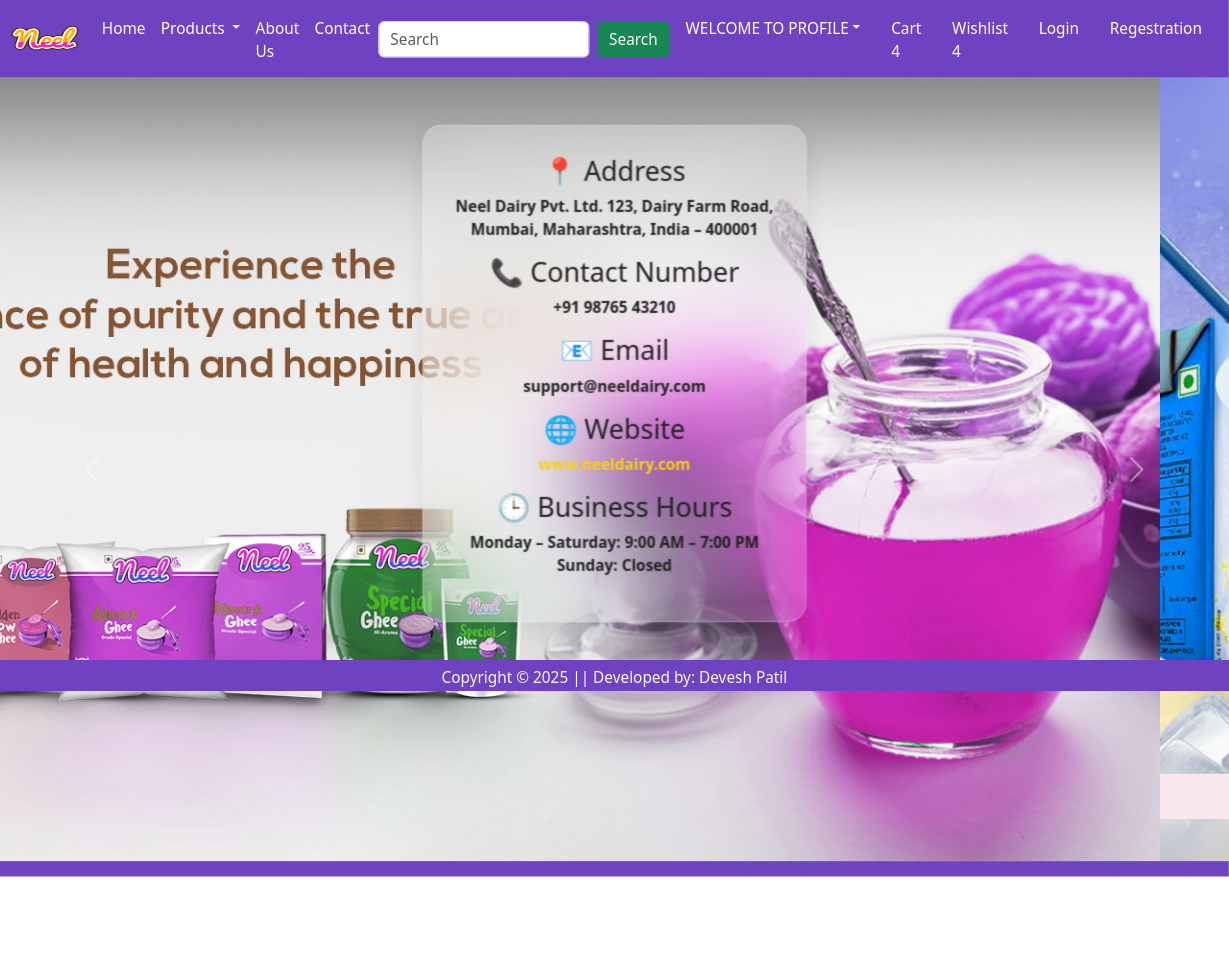
Repository: DeveshPatill/mydjango
Page: http://localhost/contact/
An editor plug-in stored every save of this project. The page is shown before and after the next save, followed by the edit.
The browser window is 1280 px wide. The pictures show the whole page, at 96% of full size.
The page is served by the project's application, run on Django 5.2 (ec/manage.py).

Above is the page before, as saved 2025-03-23 03:04:10.

After the next save:
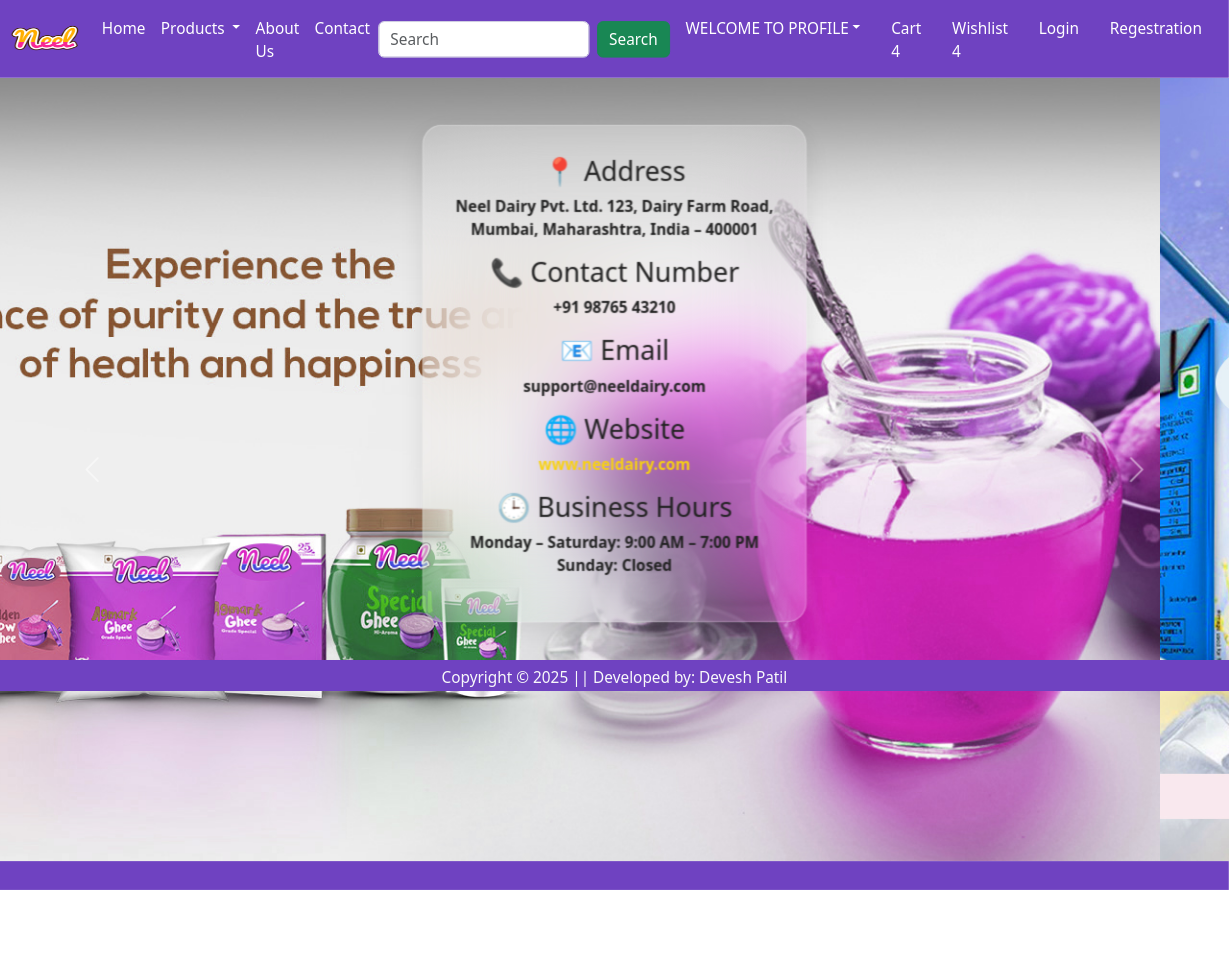
Saved 18 s later.
--- a/ec/app/templates/app/contact.html
+++ b/ec/app/templates/app/contact.html
@@ -93,7 +93,7 @@
 
 </style>
 
-<nav class="navbar navbar-expand-lg navbar-dark" style="background-color: #6f42c1; max-height: 30px;">
+<nav class="navbar navbar-expand-lg navbar-dark" style="background-color: #6f42c1; height: 30px;">
     <div class="container-fluid">
     </div>
 </nav>
